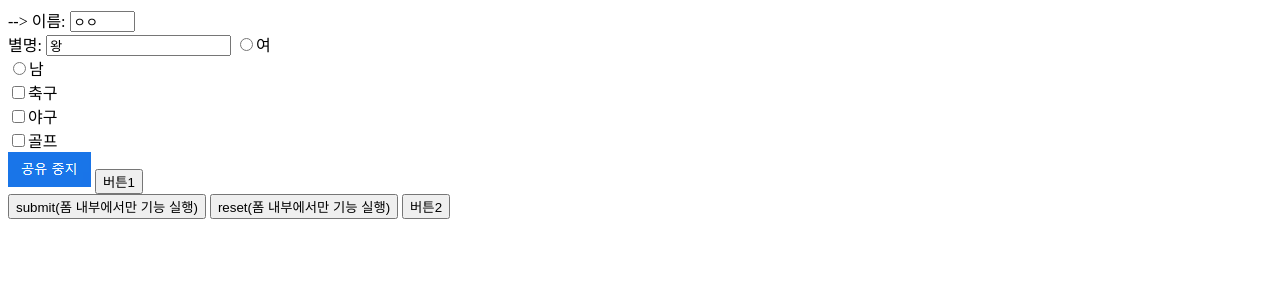
Repository: sunday1284/03_Web
Page: WebPro/src/main/webapp/1028/form요소.html
The author's editor kept a copy of each file at every save. The page is drawn from the files as they stood at one save, then again after the next save.
The browser window is 1280 px wide. The pictures show the whole page.

Above is the page before, as saved 2024-10-29 06:05:36.

After the next save:
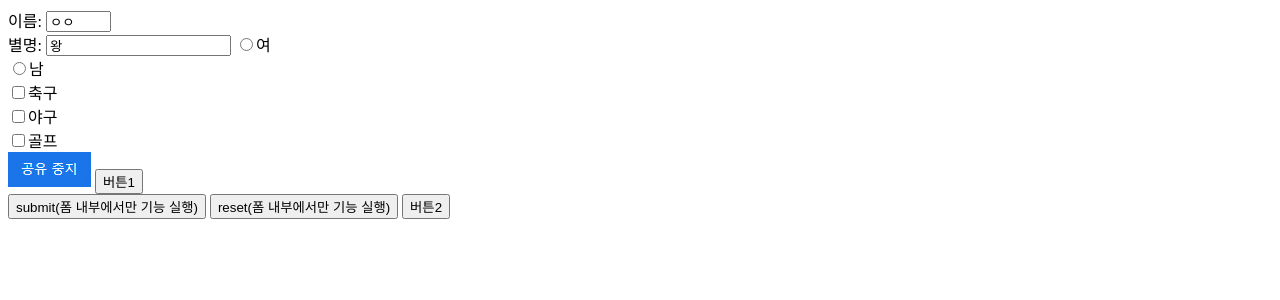
Saved 43 s later.
--- a/WebPro/src/main/webapp/1028/form요소.html
+++ b/WebPro/src/main/webapp/1028/form요소.html
@@ -10,7 +10,7 @@
 
 		<!-- type=text는 기본적으로 생략 가능 -->
 		<!-- 히든필드<input type="hidden" name="hddn" value="숨겨진값"> -->
- -->		이름: <input type="text" name="erum" value="ㅇㅇ"
+		이름: <input type="text" name="erum" value="ㅇㅇ"
  				 size="5" maxlength="5"> <br>
 		별명: <input type="text" name="alias" value="왕">
 				<!-- <input type = 'password'> <br> -->
